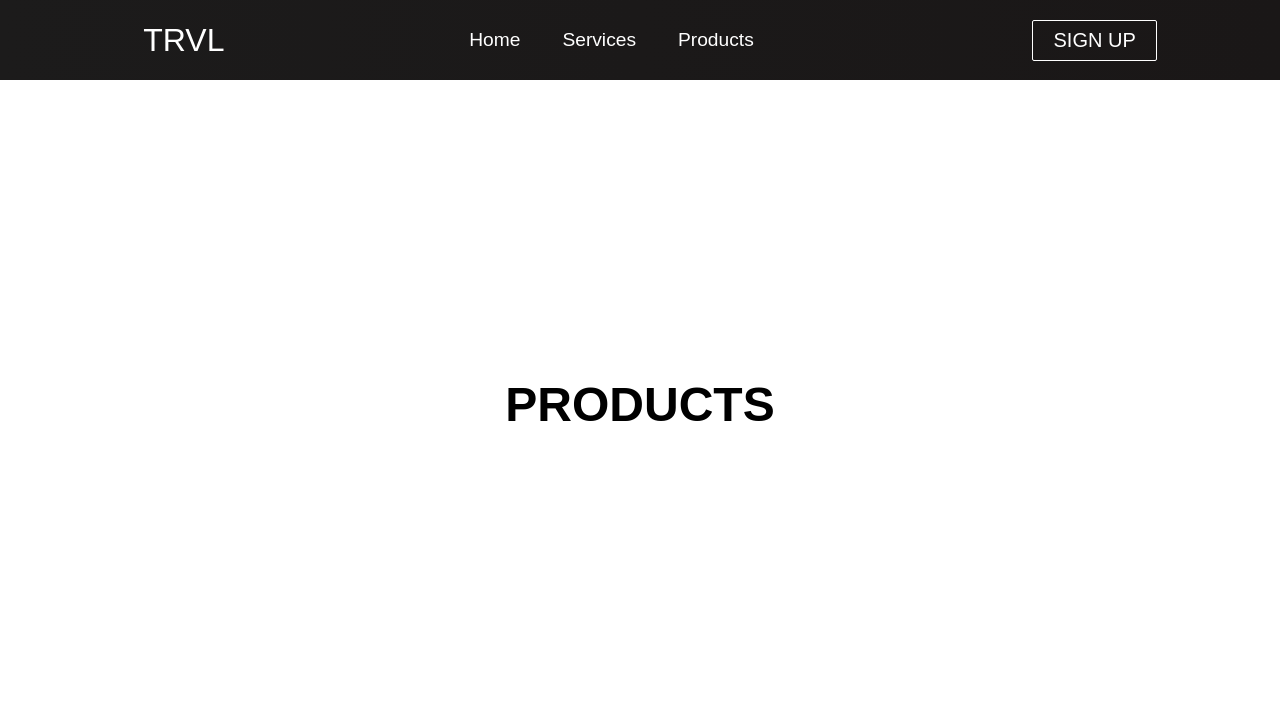
Repository: kate30980/practice-react-lp1
Page: /products
These files come from the project's save history. The page is drawn as it stood at one moment and after the next save; the edit follows.
The browser window is 1280 px wide. The pictures show the whole page.
The project was rebuilt for these pictures with package versions that can differ from the ones it lists, and the page was loaded fresh each time. Also part of the build but not shown: src/components/HeroSection.js, src/components/CardItem.js, src/components/Cards.js, src/components/pages/Home.js, src/components/pages/Services.js, src/components/pages/SignUp.js.

Above is the page before, as saved 2021-09-25 15:26:50.

### src/App.js
import React from "react";
import "./App.css";
import Navbar from "./components/Navbar";
import { BrowserRouter as Router, Switch, Route } from "react-router-dom";
import Home from "./components/pages/Home";
import Services from "./components/pages/Services";
import Products from "./components/pages/Products";
import SignUp from "./components/pages/SignUp";
function App() {
  return (
    <>
      <Router>
        <Navbar />
        <Switch>
          <Route path="/" exact component={Home} />
          <Route path="/services" component={Services} />
          <Route path="/products" component={Products} />
          <Route path="/sign-up" component={SignUp} />
        </Switch>
      </Router>
    </>
  );
}

export default App;

### src/App.css
* {
    box-sizing: border-box;
    margin: 0;
    padding: 0;
    font-family: 'PT Sans', sans-serif;
  }

 .home,.services,.products,.sign-up{
   display:flex;
   height: 90vh;
   align-items: center;
   justify-content: center;
   font-size: 3rem;
 }

### src/components/Navbar.js
import React, { useState, useEffect } from "react";
import { Button } from "./Button";
import { Link } from "react-router-dom";
import "./Navbar.css";

function Navbar() {
  const [click, setClick] = useState(false);
  const [button, setButton] = useState(true);

  const handleClick = () => setClick(!click);
  const closeMobileMenu = () => setClick(false);

  const showButton = () => {
    if (window.innerWidth <= 960) {
      setButton(false);
    } else {
      setButton(true);
    }
  };

  useEffect(() => {
    showButton();
  }, []);

  window.addEventListener("resize", showButton);

  return (
    <>
      <nav className="navbar">
        <div className="navbar-container">
          <Link to="/" className="navbar-logo" onClick={closeMobileMenu}>
            TRVL
            <i class="fab fa-typo3" />
          </Link>
          <div className="menu-icon" onClick={handleClick}>
            <i className={click ? "fas fa-times" : "fas fa-bars"} />
          </div>
          <ul className={click ? "nav-menu active" : "nav-menu"}>
            <li className="nav-item">
              <Link to="/" className="nav-links" onClick={closeMobileMenu}>
                Home
              </Link>
            </li>
            <li className="nav-item">
              <Link
                to="/services"
                className="nav-links"
                onClick={closeMobileMenu}
              >
                Services
              </Link>
            </li>
            <li className="nav-item">
              <Link
                to="/products"
                className="nav-links"
                onClick={closeMobileMenu}
              >
                Products
              </Link>
            </li>

            <li>
              <Link
                to="/sign-up"
                className="nav-links-mobile"
                onClick={closeMobileMenu}
              >
                Sign Up
              </Link>
            </li>
          </ul>
          {button && <Button buttonStyle="btn--outline">SIGN UP</Button>}
        </div>
      </nav>
    </>
  );
}

export default Navbar;

### src/components/pages/Products.js
import React from "react";
import "../../App.css";
export default function Products() {
  return <h1 className="products">PRODUCTS</h1>;
}

### src/components/Button.js
import React from "react";
import "./Button.css";
import { Link } from "react-router-dom";

const STYLES = ["btn--primary", "btn--outline"];
const SIZES = ["btn--medium", "btn--large"];

export const Button = ({
  children,
  type,
  onClick,
  buttonStyle,
  buttonSize,
}) => {
  const checkButtonStyle = STYLES.includes(buttonStyle)
    ? buttonStyle
    : STYLES[0];

  const checkButtonSize = SIZES.includes(buttonSize) ? buttonSize : SIZES[0];

  return (
    <Link to="/sign-up" className="btn-mobile">
      <button
        className={`btn ${checkButtonStyle} ${checkButtonSize} onClick={onClick} type={type}`}
      >
        {children}
      </button>
    </Link>
  );
};

### src/components/Navbar.css
.navbar {
    background: linear-gradient(90deg, rgb(28, 27, 27) 0%, rgb(26, 23, 23) 100%);
    height: 80px;
    display: flex;
    justify-content: center;
    align-items: center;
    font-size: 1.2rem;
    position: sticky;
    top: 0;
    z-index: 999;
  }

  .navbar-container {
    display: flex;
    justify-content: center;
    align-items: center;
    height: 80px;
    max-width: 1500px;
  }

  .navbar-logo {
    color: #fff;
    justify-self: start;
    margin-left: 20px;
    cursor: pointer;
    text-decoration: none;
    font-size: 2rem;
    display: flex;
    align-items: center;
  }

  .fa-typo3 {
    margin-left: 0.5rem;
    font-size: 1.8rem;
  }

  .nav-menu {
    display: grid;
    grid-template-columns: repeat(4, auto);
    grid-gap: 10px;
    list-style: none;
    text-align: center;
    width: 60vw;
    justify-content: center;
    margin-right: 2rem;
  }

  .nav-item {
    height: 80px;
  }

  .nav-links {
    color: #fff;
    display: flex;
    align-items: center;
    text-decoration: none;
    padding: 0.5rem 1rem;
    height: 100%;
  }

  .nav-links:hover {
    border-bottom: 4px solid #fff;
    transition: all 0.2s ease-out;
  }

  .fa-bars {
    color: #fff;
  }

  .nav-links-mobile {
    display: none;
  }

  .menu-icon {
    display: none;
  }

  @media screen and (max-width: 960px) {
    .NavbarItems {
      position: relative;
    }

    .nav-menu {
      display: flex;
      flex-direction: column;
      width: 100%;
      height: 90vh;
      position: absolute;
      top: 80px;
      left: -100%;
      opacity: 1;
      transition: all 0.5s ease;
    }

    .nav-menu.active {
      background: #242222;
      left: 0;
      opacity: 1;
      transition: all 0.5s ease;
      z-index: 1;
    }

    .nav-links {
      text-align: center;
      padding: 2rem;
      width: 100%;
      display: table;
    }

    .nav-links:hover {
      background-color: #fff;
      color: #242424;
      border-radius: 0;
    }

    .navbar-logo {
      position: absolute;
      top: 0;
      left: 0;
      transform: translate(25%, 50%);
    }

    .menu-icon {
      display: block;
      position: absolute;
      top: 0;
      right: 0;
      transform: translate(-100%, 60%);
      font-size: 1.8rem;
      cursor: pointer;
    }

    .fa-times {
      color: #fff;
      font-size: 2rem;
    }

    .nav-links-mobile {
      display: block;
      text-align: center;
      margin: 2rem auto;
      border-radius: 4px;
      width: 80%;
      text-decoration: none;
      font-size: 1.5rem;
      background-color: transparent;
      color: #fff;
      padding: 14px 20px;
      border: 1px solid #fff;
      transition: all 0.3s ease-out;
    }

    .nav-links-mobile:hover {
      background: #fff;
      color: #242424;
      transition: 250ms;
    }
  }

### src/components/Button.css
:root{
    --primary: #fff;
}
.btn{
    padding: 8px 20px;
    border-radius:2px;
    outline:none;
    border:none;
    cursor: pointer;
}
.btn--primary{
    background-color: var(--primary);
    color: #242424;
    border:1px solid var(--primary);
}
.btn--outline{
    background-color:transparent;
    color: #fff;
    padding: 8px 20px;
    border: 1px solid var(--primary);
    transition: all 0.3s ease-out;

}
.btn--medium{
    padding: 8px 20px;
    font-size: 20px;
}
.btn--large{
    padding: 12px 26px;
    font-size:20px;
}
.btn--medium:hover, .btn--large:hover{
    background: #fff;
    color: #242424;
    transition: all 0.3s ease-out;
}

### src/components/HeroSection.css
video{
    object-fit: cover;width: 100%;height: 100%;position: fixed;
    z-index: -1;
}
.hero-container{
    /* background: url('images/img-home.jpg') center center/cover no-repeat; */
    height: 100vh;
    width: 100%;
    display: flex;flex-direction: column;
    justify-content: center;
    align-items: center;
    box-shadow: inset 0 0 0 1000px rgba(0,0,0,0.2);
    object-fit: contain;
}
.hero-container > h1{
    color: #fff;
    font-size: 100px;
    margin-top:100px;
}
.hero-container >p{
    margin-top:8px;
    color: #fff;
    font-size: 32px;
    font-family: 'Trebuchet MS', 'Lucida Sans Unicode', 'Lucida Grande', 'Lucida Sans', Arial, sans-serif;
}
.hero-btns{
    margin-top:32px;
}
.hero-btns .btn{
    margin: 6px;

}
.fa-play-circle{
    margin-left: 4px;
}
@media screen and (max-width:960px){
    .hero-container > h1{
        font-size:70px;
        margin-top: -150px;
    }
}
@media screen and (max-width:768px){
    .hero-container > h1{
        font-size:50px;
        margin-top: -100px;
    }
    .hero-container > p{
        font-size: 30px;
    }
    .btn-mobile{
        display:block;
        text-decoration: none;
    }
    .btn{
        width: 100%;
    }
}

### src/components/Cards.css
.cards {
    padding: 4rem;
    background: #fff;
  }

  h1 {
    text-align: center;
  }

  .cards__container {
    display: flex;
    flex-flow: column;
    align-items: center;
    max-width: 1120px;
    width: 90%;
    margin: 0 auto;
  }

  .cards__wrapper {
    position: relative;
    margin: 50px 0 45px;
  }

  .cards__items {
    margin-bottom: 24px;
  }

  .cards__item {
    display: flex;
    flex: 1;
    margin: 0 1rem;
    border-radius: 10px;
  }

  .cards__item__link {
    display: flex;
    flex-flow: column;
    width: 100%;
    box-shadow: 0 6px 20px rgba(56, 125, 255, 0.17);
    -webkit-filter: drop-shadow(0 6px 20px rgba(56, 125, 255, 0.017));
    filter: drop-shadow(0 6px 20px rgba(56, 125, 255, 0.017));
    border-radius: 10px;
    overflow: hidden;
    text-decoration: none;
  }

  .cards__item__pic-wrap {
    position: relative;
    width: 100%;
    padding-top: 67%;
    overflow: hidden;
  }

  .fade-img {
    animation-name: fade-img;
    animation-duration: 2s;
  }

  .cards__item__pic-wrap::after {
    content: attr(data-category);
    position: absolute;
    bottom: 0;
    margin-left: 10px;
    padding: 6px 8px;
    max-width: calc((100%) - 60px);
    font-size: 12px;
    font-weight: 700;
    color: #fff;
    background-color: #1f98f4;
    box-sizing: border-box;
  }

  .cards__item__img {
    position: absolute;
    top: 0;
    right: 0;
    bottom: 0;
    left: 0;
    display: block;
    width: 100%;
    max-width: 100%;
    height: 100%;
    max-height: 100%;
    object-fit: cover;
    transition: all 0.2s linear;
  }

  .cards__item__img:hover {
    transform: scale(1.1);
  }

  .cards__item__info {
    padding: 20px 30px 30px;
  }

  .cards__item__text {
    color: #252e48;
    font-size: 18px;
    line-height: 24px;
  }

  @media only screen and (min-width: 1200px) {
    .content__blog__container {
      width: 84%;
    }
  }

  @media only screen and (min-width: 1024px) {
    .cards__items {
      display: flex;
    }
  }

  @media only screen and (max-width: 1024px) {
    .cards__item {
      margin-bottom: 2rem;
    }
  }

Loaded but not shown: src/index.js (common file)

After the next save:
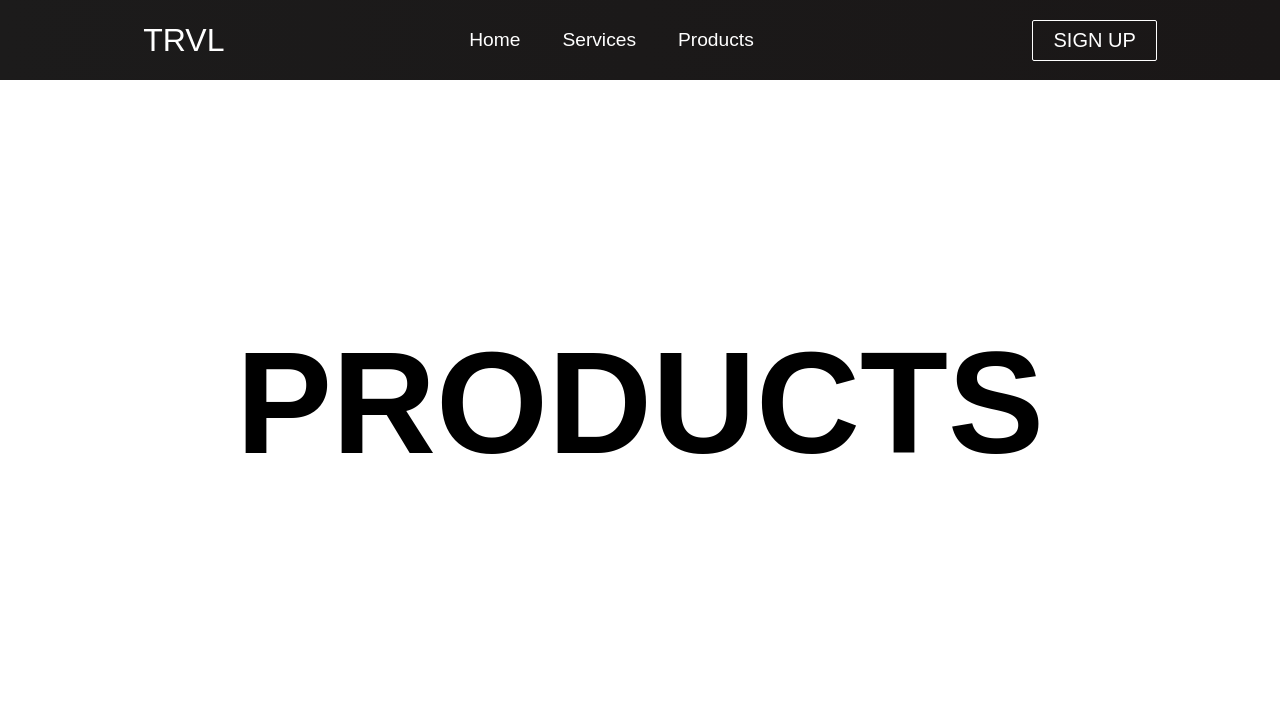
Saved 56 s later.
--- a/src/App.css
+++ b/src/App.css
@@ -10,5 +10,5 @@
    height: 90vh;
    align-items: center;
    justify-content: center;
-   font-size: 3rem;
+   font-size: 9rem;
  }

After the save that followed:
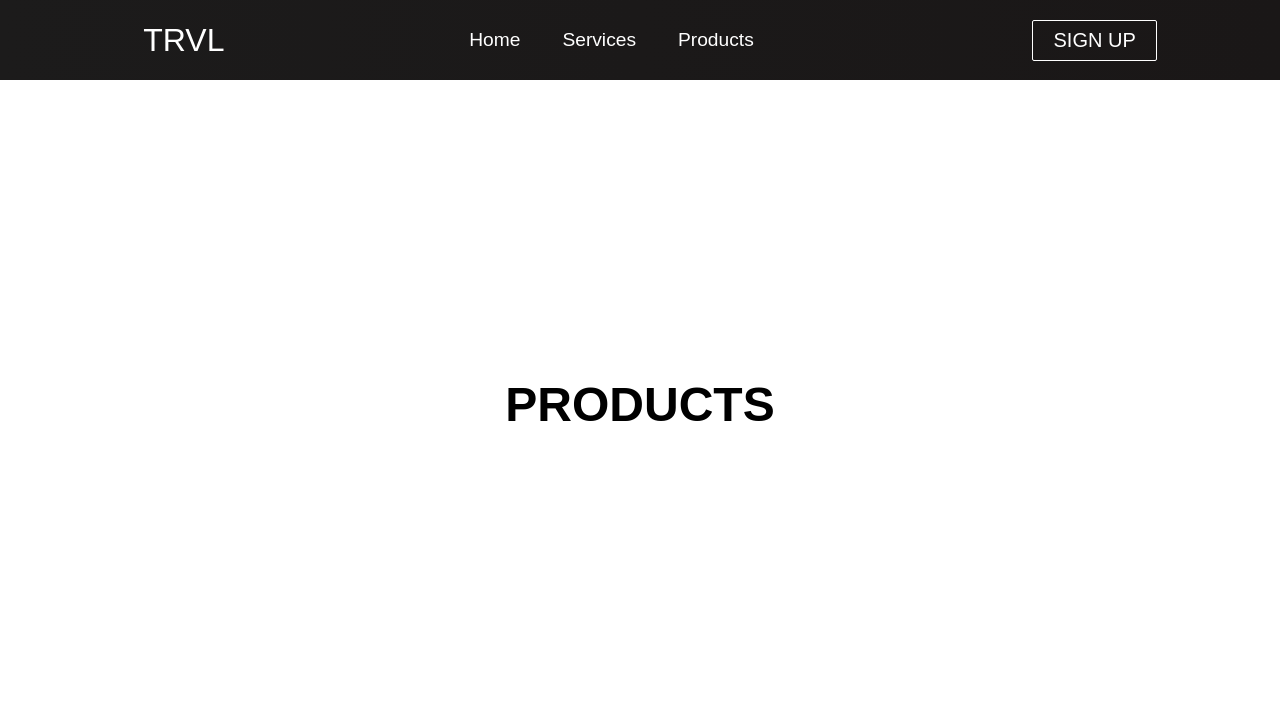
Saved 55 s later.
--- a/src/App.css
+++ b/src/App.css
@@ -10,5 +10,13 @@
    height: 90vh;
    align-items: center;
    justify-content: center;
-   font-size: 9rem;
+   font-size: 3rem;
  }
+
+ .services{
+   background-position: center;
+   background-repeat: no-repeat;
+   color: #fff;
+   font-size:100px;
+   background-size:cover;
+ }
